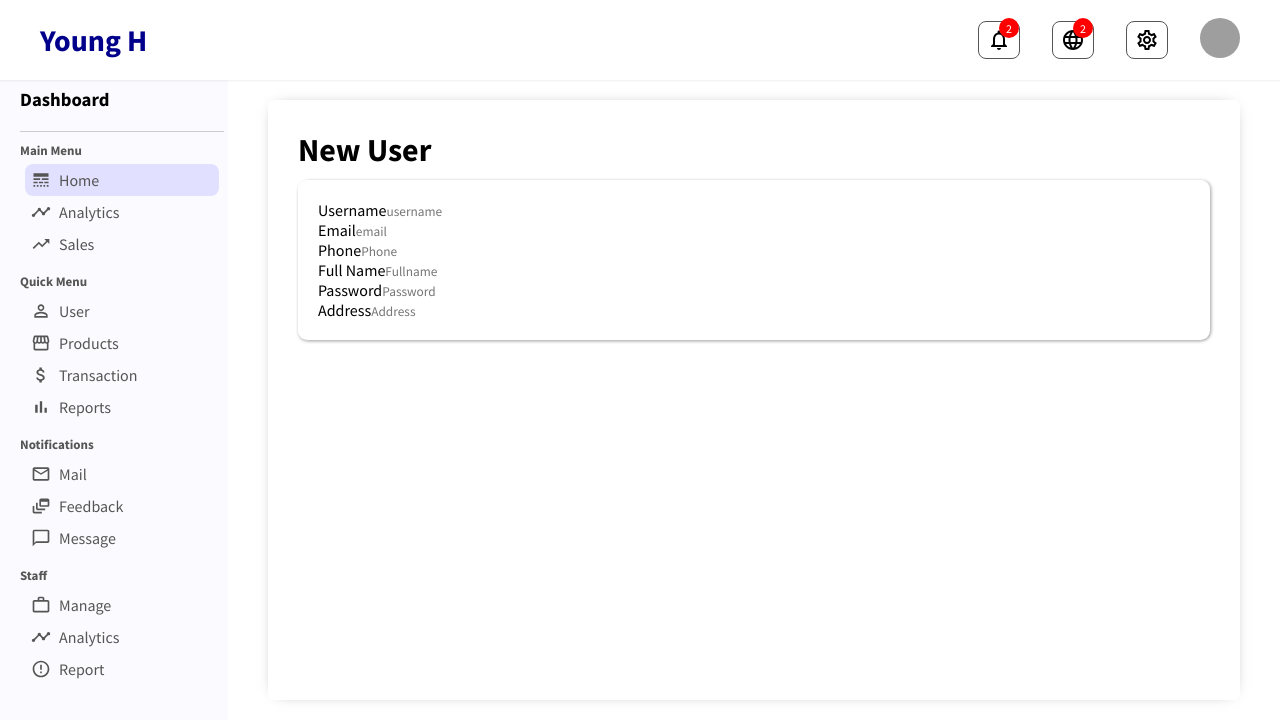
Repository: noname20011/admin
Page: /register
The author's editor kept a copy of each file at every save. The page is drawn from the files as they stood at one save, then again after the next save.
The browser window is 1280 px wide. The pictures show the whole page.
Pictures or frames that could not be fetched are drawn as grey boxes. The project was rebuilt for these pictures with package versions that can differ from the ones it lists, and the page was loaded fresh each time. Also part of the build but not shown: src/pages/home/home.css, src/comopnents/featureInfo/feature.css, src/comopnents/featureInfo/Feature.jsx, src/comopnents/chart/chart.css, src/comopnents/chart/Chart.jsx, src/comopnents/widgetSm/widgetSm.css, src/comopnents/widgetSm/WidgetSm.jsx, src/comopnents/widgetLg/widgetLg.css and 7 more.

Above is the page before, as saved 2021-11-14 15:20:04.

After the next save:
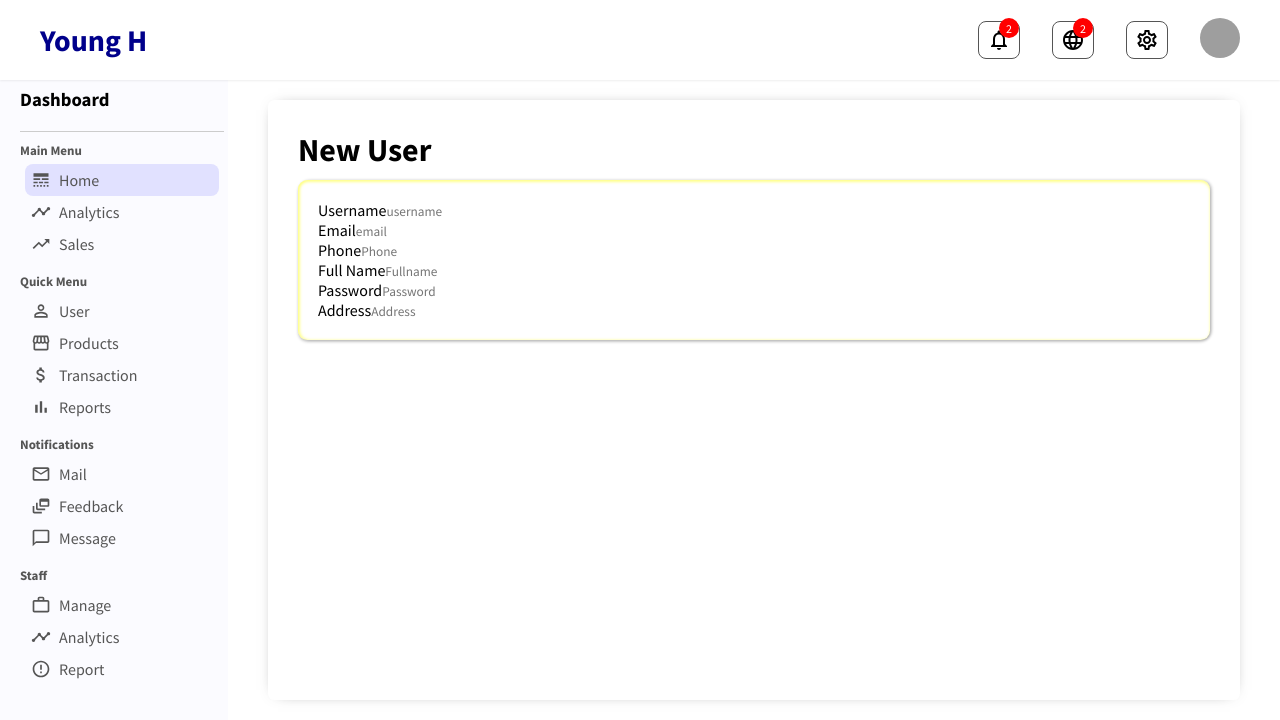
Saved 9 s later.
--- a/src/pages/newUser/newUser.css
+++ b/src/pages/newUser/newUser.css
@@ -11,5 +11,5 @@
     padding: 20px;
     margin-top: 10px;
     border-radius: .6rem;
-    box-shadow: inset 0px 2px 3px rgba(255, 255, 255, 0.8), 2px 0px 3px rgba(0, 0, 0, 0.2), 0px 2px 3px rgba(0, 0, 0, 0.2), inset 2px 0px 3px rgba(255, 255, 255, 0.8)  ;
+    box-shadow: inset 0px 2px 3px rgba(255, 255, 123, 0.8), 2px 0px 3px rgba(0, 0, 0, 0.2), 0px 2px 3px rgba(0, 0, 0, 0.2), inset 2px 0px 3px rgba(255, 255, 123, 0.8)  ;
 }

After the save that followed:
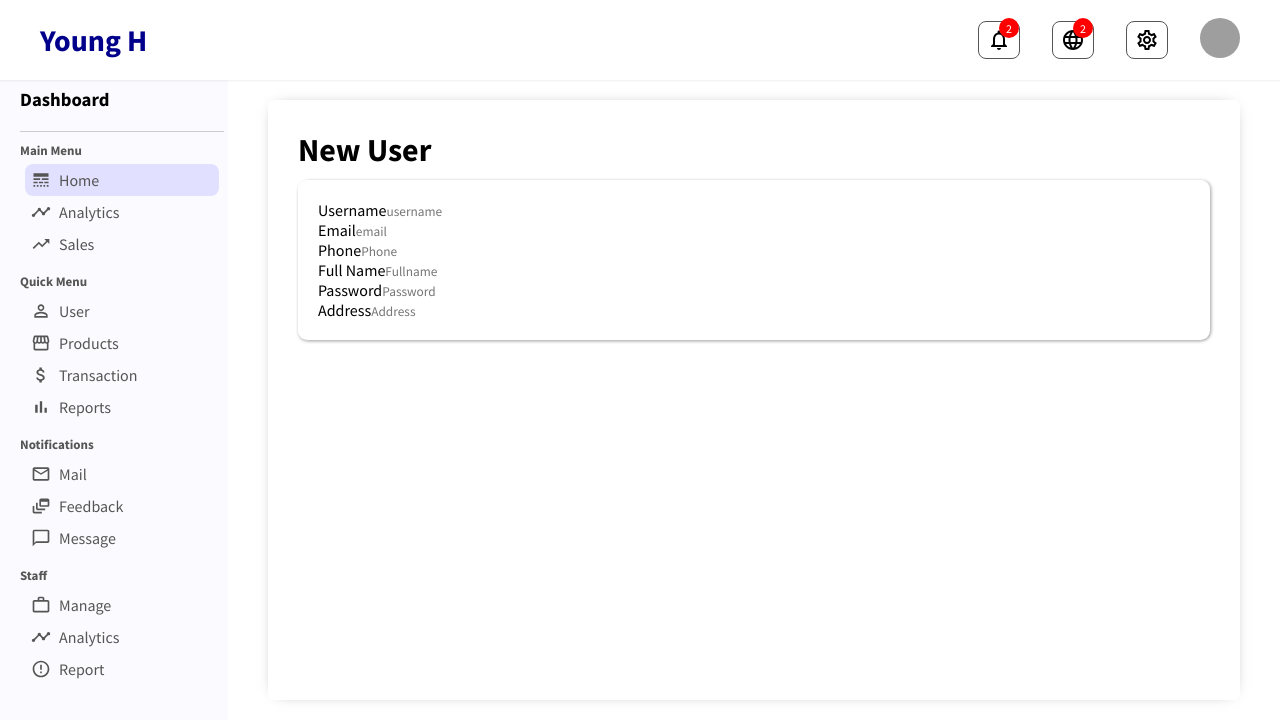
Saved 10 s later.
--- a/src/pages/newUser/newUser.css
+++ b/src/pages/newUser/newUser.css
@@ -11,5 +11,5 @@
     padding: 20px;
     margin-top: 10px;
     border-radius: .6rem;
-    box-shadow: inset 0px 2px 3px rgba(255, 255, 123, 0.8), 2px 0px 3px rgba(0, 0, 0, 0.2), 0px 2px 3px rgba(0, 0, 0, 0.2), inset 2px 0px 3px rgba(255, 255, 123, 0.8)  ;
+    box-shadow: inset 0px 2px 3px rgba(255, 255, 255, 0.8), 2px 0px 3px rgba(0, 0, 0, 0.2), 0px 2px 3px rgba(0, 0, 0, 0.2), inset 2px 0px 3px rgba(255, 255, 255, 0.8)  ;
 }
